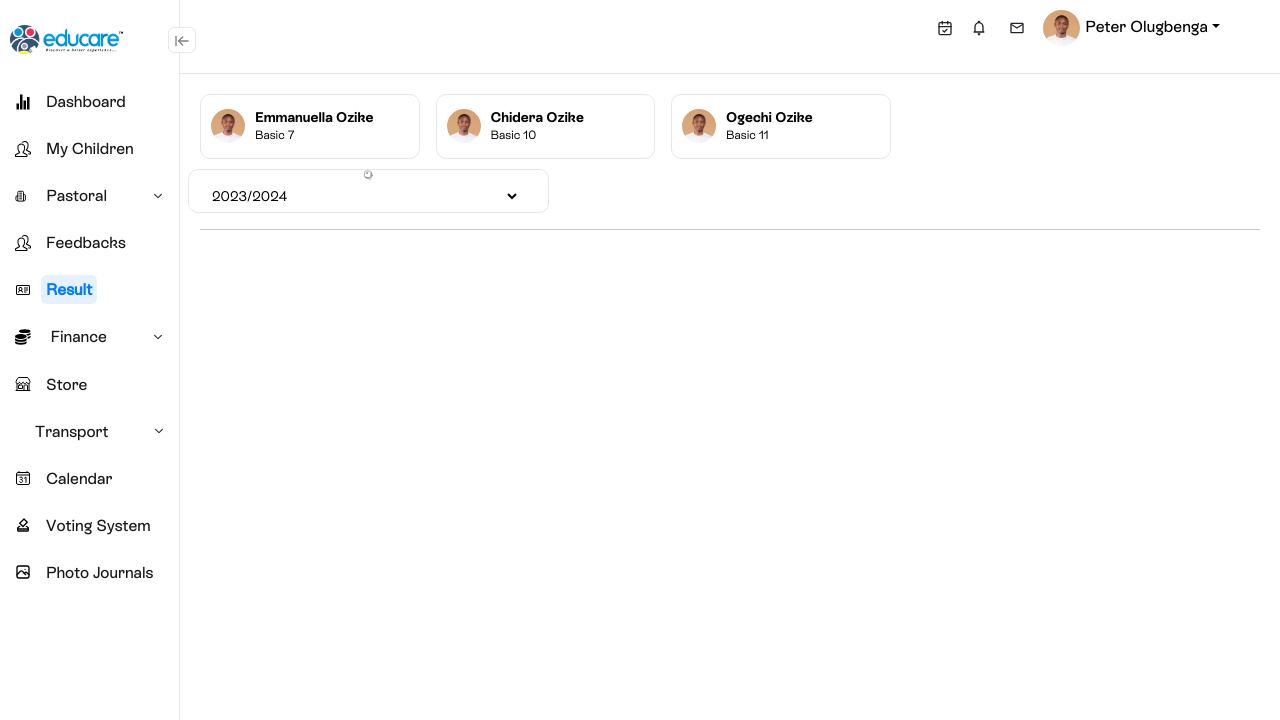
Repository: sarahnnanyelugo/educare-dashboards
Page: /result
The author's editor kept a copy of each file at every save. The page is drawn from the files as they stood at one save, then again after the next save.
The browser window is 1280 px wide. The pictures show the whole page.
The project was rebuilt for these pictures with package versions that can differ from the ones it lists, and the page was loaded fresh each time. Also part of the build but not shown: src/Dashboards/Parents/MainView/main-view.scss, src/components/News/news.scss, src/components/News/News.js, src/TestData/newsData.js, src/TestData/schEvents.js, src/components/ResultChart/ResultChart.js, src/components/Calender/calender.scss, src/components/Calender/Calender.js and 13 more.

Above is the page before, as saved 2024-10-16 11:50:01.

### src/App.js
import logo from "./logo.svg";
import "./App.scss";
import "bootstrap/dist/css/bootstrap.min.css";
import { BrowserRouter, Routes, Route, Link, Outlet } from "react-router-dom";
import { ParentsLayout } from "./Layouts/ParentsLayout";
import { MainNews } from "./pages/NewsPage/MainNews/MainNews";
import { NewsPage } from "./pages/NewsPage/NewsPage";
function App() {
  return (
    <>
      {" "}
      <Routes>
        <Route path="/*" element={<ParentsLayout />} />{" "}
        <Route path="news-page" element={<NewsPage />} />
        <Route path="main-news/:blog_id" element={<MainNews />} />
      </Routes>
    </>
  );
}

export default App;

### src/App.scss
.App-link {
  color: #61dafb;
}

@keyframes App-logo-spin {
  from {
    transform: rotate(0deg);
  }
  to {
    transform: rotate(360deg);
  }
}
@font-face {
  font-family: rebondG;
  src: url(./assets/fonts/Rebond_font/RebondG.otf);
}
@font-face {
  font-family: rebondG-Bold;
  src: url(./assets/fonts/Rebond_font/RebondG-Bold.otf);
}
@font-face {
  font-family: rebondG-Semi-Bold;
  src: url(./assets/fonts/Rebond_font/Rebond-semibold.otf);
}
@font-face {
  font-family: rebondG-Medium;
  src: url(./assets/fonts/Rebond_font/RebondGrotesqueMedium.otf);
}
@font-face {
  font-family: rebondBook;
  src: url(./assets/fonts/Rebond_font/RebondG-Book.ttf);
}
@font-face {
  font-family: rebondLight;
  src: url(./assets/fonts/Rebond_font/RebondGLight.otf);
}
@font-face {
  font-family: rebondMI;
  src: url(./assets/fonts/Rebond_font/RebondGrotesqueMediumitalic.otf);
}
p,
small,
link {
  font-family: rebondBook;
}
h1,
h2,
h3,
h4,
h5,
h6 {
  font-family: rebondG-Bold;
}
a {
  font-family: rebondG-Medium;
  text-decoration: none !important;
}
.card {
  border: 1px solid #e7e7e7 !important;
  border-radius: 10px !important;
}
select {
  border: none;
  background: #fff;
  padding: 7px;
  border-radius: 10px;
  width: 95%;
  font-size: 14px !important;
  font-family: rebondBook !important;
}

### src/Layouts/ParentsLayout.js
import React from "react";
import { Routes, Route, Navigate } from "react-router-dom";
import { TopNav } from "../components/TopNav/TopNav";
import { MainView } from "../Dashboards/Parents/MainView/MainView";
import { MyChildren } from "../Dashboards/Parents/MyChildren/MyChildren";
import { Result } from "../Dashboards/Parents/Result/Result";
import { SideNav } from "../Dashboards/SideNav/SideNav";
export const ParentsLayout = () => {
  return (
    <>
      <div className="d-md-flex">
        <div className="col-md-">
          <SideNav />
        </div>
        <div className="container-fluid" style={{ padding: "0px 0px" }}>
          <TopNav />
          <Routes>
            <Route path="/" element={<MainView />} />{" "}
            <Route path="/my-children" element={<MyChildren />} />{" "}
            <Route path="/result" element={<Result />} />{" "}
          </Routes>
        </div>
      </div>
    </>
  );
};

### src/components/TopNav/TopNav.js
import React from "react";
import "./top-nav.scss";
import { LuCalendarCheck } from "react-icons/lu";
import { CgBell } from "react-icons/cg";
import { MdOutlineEmail } from "react-icons/md";
import Container from "react-bootstrap/Container";
import Nav from "react-bootstrap/Nav";
import Navbar from "react-bootstrap/Navbar";
import Icon5 from "../../assets/images/peter.png";

import Dropdown from "react-bootstrap/Dropdown";

export const TopNav = () => {
  return (
    <div className="top-nav-container">
      <ul className="list-inline">
        <li className="list-inline-item">
          <LuCalendarCheck />
        </li>
        <li className="list-inline-item">
          <CgBell />
        </li>{" "}
        <li className="list-inline-item">
          <MdOutlineEmail />
        </li>
        <li className="list-inline-item">
          <div className="profile-drop">
            <Dropdown>
              <Dropdown.Toggle>
                <img src={Icon5} width="37px" />
                Peter Olugbenga
              </Dropdown.Toggle>

              <Dropdown.Menu>
                <Dropdown.Item href="/dashboard-selector">
                  My Roles
                </Dropdown.Item>
                <hr />
                <Dropdown.Item style={{ color: "#DE1E1E" }}>
                  Sign out
                </Dropdown.Item>
              </Dropdown.Menu>
            </Dropdown>
          </div>
        </li>
      </ul>
    </div>
  );
};

### src/Dashboards/Parents/Result/Result.js
import React, { useState } from "react";
import { Children } from "../MyChildren/Children";
import { children } from "../../../TestData/childrenData";
import Icon1 from "../../../assets/images/clipboard.svg";
import "./result.scss";
export const Result = () => {
  const [activeTab, setActiveTab] = useState(1); // Default to first tab

  const handleClick2 = (index) => {
    setActiveTab(index); // Set the active tab
  };
  const checkActive = (index, className) => {
    return activeTab === index ? className : "";
  };

  return (
    <div className="results-div">
      <div className="tabs col-md-8 row row-cols-1 row-cols-lg-3 g-2 g-lg-3">
        {children.map((data, index) => (
          <Children
            data={data}
            handleClick2={handleClick2}
            tabIndex={index + 1}
            key={index}
            isActive={activeTab === index + 1} // Set active based on activeTab state
            mode="tab" // This mode is for tab triggering
          />
        ))}
      </div>
      <div className="panels">
        <div className={`panel ${checkActive(1, "active2")}`}>
          <div className="row">
            <div className="card col-md-4">
              <img src={Icon1} height="10px" />
              <select>
                <option>2023/2024</option>
              </select>
            </div>
          </div>
        </div>
        <div className={`panel ${checkActive(2, "active2")}`}>2 </div>
        <div className={`panel ${checkActive(3, "active2")}`}> 3</div>
      </div>
      <hr />
    </div>
  );
};

### src/Dashboards/SideNav/SideNav.js
import React, { useState } from "react";
import { NavLink } from "react-router-dom";
import { FaLongArrowAltLeft } from "react-icons/fa";
import Head from "../../assets/images/logo-head.png";
import Write from "../../assets/images/logo-write.png";
import Accordion from "react-bootstrap/Accordion";
import { SidebarData } from "./SidebarData";
import { IoIosArrowDown } from "react-icons/io";
import { MdKeyboardArrowUp } from "react-icons/md";
import { LuArrowLeftToLine } from "react-icons/lu";

// Import the JSON file
import "./side-nav.scss";
// Import icons
import {
  IoStatsChartSharp,
  IoStorefrontOutline,
  IoCalendarNumberOutline,
} from "react-icons/io5";
import { SlPeople } from "react-icons/sl";
import { LuBuilding2 } from "react-icons/lu";
import { LiaIdCardSolid } from "react-icons/lia";
import { FaCoins } from "react-icons/fa";
import {
  MdOutlineEmojiTransportation,
  MdOutlineHowToVote,
} from "react-icons/md";
import { TbPhoto } from "react-icons/tb";

export const SideNav = () => {
  const [isCollapsed, setIsCollapsed] = useState(false);
  const [activeAccordion, setActiveAccordion] = useState(null);

  const handleAccordionToggle = (key) => {
    setActiveAccordion(activeAccordion === key ? null : key);
  };
  const toggleSidebar = () => {
    setIsCollapsed(!isCollapsed);
  };

  // Map icon names to the actual components
  const iconMap = {
    IoStatsChartSharp: IoStatsChartSharp,
    SlPeople: SlPeople,
    LuBuilding2: LuBuilding2,
    LiaIdCardSolid: LiaIdCardSolid,
    FaCoins: FaCoins,
    IoStorefrontOutline: IoStorefrontOutline,
    MdOutlineEmojiTransportation: MdOutlineEmojiTransportation,
    IoCalendarNumberOutline: IoCalendarNumberOutline,
    MdOutlineHowToVote: MdOutlineHowToVote,
    TbPhoto: TbPhoto,
  };

  return (
    <div
      style={{
        width: isCollapsed ? "70px" : "180px",
        transition: "width 0.3s ease",
        color: "#000",
        height: "100vh",
      }}
      className="side-nav-div"
    >
      <div className="nav-inner">
        <img
          src={Head}
          alt="logo"
          style={{
            width: isCollapsed ? "20px" : "30px",
            height: "auto",
            transition: "width 0.3s ease",
          }}
        />
        {!isCollapsed && (
          <span style={{ marginLeft: "0px" }}>
            <img
              src={Write}
              alt="logo"
              style={{
                width: "80px",
                height: "auto",
                marginLeft: "3px",
                transition: "width 0.3s ease",
              }}
            />
          </span>
        )}
        <button
          onClick={toggleSidebar}
          style={{
            marginLeft: isCollapsed ? "25px" : "45px",
            background: "#fff",
            border: "solid 1px #e7e7e7",
            color: "#fff",
            cursor: "pointer",
            padding: "0 5px",
            borderRadius: "6px",
            position: " relative",
            zIndex: 20,
          }}
        >
          <LuArrowLeftToLine style={{ color: "grey" }} />
        </button>
      </div>

      <ul style={{ listStyleType: "none", padding: "0", marginTop: "30px" }}>
        {SidebarData.map((item, index) => {
          const IconComponent = iconMap[item.icon]; // Dynamically select the icon

          return (
            <li
              key={index}
              style={{
                display: "flex",
                alignItems: "center",
              }}
            >
              <IconComponent /> {/* Render the icon */}
              {!isCollapsed && (
                <span style={{ marginLeft: "10px" }}>
                  {item.accordion ? (
                    <Accordion defaultActiveKey="">
                      <Accordion.Item eventKey={index.toString()}>
                        <Accordion.Header
                          onClick={() =>
                            handleAccordionToggle(index.toString())
                          }
                          style={{
                            display: "flex",
                            alignItems: "center",
                          }}
                        >
                          {item.icon && <item.icon />}
                          <span style={{ marginLeft: "0px" }}>
                            <NavLink>
                              {" "}
                              {!isCollapsed ? item.name : null}
                            </NavLink>
                          </span>
                          <span
                            style={{
                              marginLeft: "40px",
                              display: "flex",
                              alignItems: "center",
                            }}
                          >
                            {activeAccordion === index.toString() ? (
                              <MdKeyboardArrowUp style={{ fontSize: "12px" }} />
                            ) : (
                              <IoIosArrowDown style={{ fontSize: "12px" }} />
                            )}
                          </span>
                        </Accordion.Header>
                        <Accordion.Body>
                          <ol
                            style={{ paddingLeft: "0", listStyleType: "none" }}
                          >
                            {item.accordionContent.map((contentItem, idx) => (
                              <li key={idx} style={{ padding: "5px 0" }}>
                                <NavLink
                                  to={contentItem.url}
                                  className={({ isActive }) =>
                                    isActive ? "active-link" : ""
                                  }
                                >
                                  {contentItem.name}
                                </NavLink>
                              </li>
                            ))}
                          </ol>
                        </Accordion.Body>
                      </Accordion.Item>
                    </Accordion>
                  ) : (
                    <NavLink
                      to={item.url}
                      className={({ isActive }) =>
                        isActive ? "active-link" : ""
                      }
                    >
                      {item.name}
                    </NavLink>
                  )}
                </span>
              )}
            </li>
          );
        })}
      </ul>
    </div>
  );
};

### src/components/TopNav/top-nav.scss
.top-nav-container {
  height: 74px;
  border-bottom: solid 1px #e4e7ec;
  //   padding-top: 20px;
  padding-right: 50px;
  ul {
    float: right;
    li {
      margin: 10px;
    }
  }
  .profile-drop {
    .btn {
      padding: 0;
      background: #fff !important;
      border: none !important;
      color: #000;
      font-family: rebondG-Medium;
      font-size: 16px;
      img {
        border-radius: 100%;
        margin-right: 5px;
      }
    }
    .dropdown-menu {
      border: solid 1px #d0d5dd;
      font-family: montM;
      box-shadow: 0px 1px 3px #1018281a;
      border: 1px solid #e4e7ec;
      border-radius: 10px;
      min-height: 150px;
      width: 230px !important;
      padding: 20px 10px;
      font-size: 14px;
      a {
        padding: 10px;
      }
      hr {
        border: solid 1px #d0d5dd;
      }
    }
  }
}

### src/TestData/childrenData.js
import Img1 from "../assets/images/peter.png";
export const children = [
  {
    name: "Emmanuella Ozike",
    img: Img1,
    class: "Basic 7",
    id: 1,
  },
  {
    name: "Chidera Ozike",
    img: Img1,
    class: "Basic 10",
    id: 1,
  },
  {
    name: "Ogechi Ozike",
    img: Img1,
    class: "Basic 11",
    id: 1,
  },
];

export const child1 = {
  data: [
    {
      id: 1,
      day: "Monday",
      period1: "Account Credits",
      period2: "Account Credits",
      period3: "Account Credits",
      period4: "Account Credits",
      period5: "Account Credits",
      period6: "Account Credits",
      period7: "Account Credits",
      period8: "Account Credits",
      period9: "Account Credits",
    },
  ],
};
export const child2 = {
  data: [
    {
      id: 1,
      day: "Monday",
      period1: "English",
      period2: "Biology",
      period4: "Account Credits",
      period5: "Account Credits",
      period6: "Account Credits",
      period7: "Account Credits",
      period8: "Account Credits",
      period9: "Account Credits",
    },
  ],
};
export const child3 = {
  data: [
    {
      id: 1,
      day: "Monday",
      period1: " Credits",
      period2: " Credits",
      period3: "Account Credits",
      period4: "Account Credits",
      period5: "Account Credits",
      period6: "Account Credits",
      period7: "Account Credits",
      period8: "Account Credits",
      period9: "Credits",
    },
  ],
};

### src/Dashboards/Parents/MyChildren/Children.js
import React, { useState } from "react";
import { Link } from "react-router-dom";
import "./my-children.scss";
export const Children = ({
  data,
  handleClick2,
  tabIndex,
  isActive,
  mode,
  linkUrl,
}) => {
  const handleClick = () => {
    if (mode === "tab" && handleClick2) {
      handleClick2(tabIndex); // Trigger the tab change only in tab mode
    } else if (mode === "link" && linkUrl) {
      window.location.href = linkUrl; // Navigate to the link in link mode
    }
  };
  return (
    <>
      <div className="col">
        <div className={isActive && mode === "tab" ? "active-component" : ""}>
          {" "}
          <div className="d-flex children-div col-md-12" onClick={handleClick}>
            <div>
              {" "}
              <img src={data.img} width="34px" height="34px" />
            </div>
            <div>
              <h6>{data.name}</h6>
              <p>{data.class}</p>
            </div>
          </div>
        </div>
      </div>
    </>
  );
};

### src/Dashboards/Parents/MyChildren/my-children.scss
.my-children-view {
  padding: 0 10px;
  .tabs {
    display: flex;
    width: 100%;
    padding: 8px 13px;
    font-family: rebondG-Bold;
  }

  .active-component {
    font-weight: bold;
    background: #e6f7ff;
    color: #fff;
    border: solid 1px #0098da;
    height: 65px;
    border-radius: 10px;
  }

  .panel {
    display: none;
    // color: #161617;
    // font-family: rebondG;
    // line-height: 40px;
    // padding-top: 65px;
    // background: #fff;
  }

  .panel.active2 {
    display: block;
  }
}

.children-div {
  height: 65px;
  padding: 14px 10px;
  margin-bottom: 10px;
  color: #000;
  border: solid 1px #e7e7e7;
  border-radius: 10px;
  &:hover {
    background: #e7e7e7;
  }
  img {
    border-radius: 100%;
    margin-right: 10px;
  }
  h6 {
    margin-bottom: 0;
    font-size: 14px;
  }
  p {
    font-size: 12px;
  }
}
.attendance-summary {
  padding: 15px;
}
.attendance {
  height: 50px;
  border-radius: 10px;
  padding: 5px 10px;
  margin-bottom: 10px;
  img {
    border-radius: 100%;
    margin-right: 10px;
  }
}
.missed {
  border: solid 2px #ed2f59;
  background: #fcdce3;
  color: #ed2f59;
}
.late {
  border: solid 2px #ea8713;
  background: #fcebd7;
  color: #ea8713;
}
.present {
  border: solid 2px #11a377;
  background: #cdfaec;
  color: #11a377;
}
.activity-tab {
  padding: 10px;
  .tabs2 {
    border: solid 1px #e7e7e7;
    border-radius: 10px;
    padding: 0px 0px;
    margin-bottom: 15px;
    button {
      background: #fff;
      border: none;
      padding: 6px 20px;
      font-family: rebondG-Semi-Bold;
    }
  }
  .edge {
    border-top-left-radius: 10px;
    border-bottom-left-radius: 10px;
  }
  .edge2 {
    border-top-right-radius: 10px;
    border-bottom-right-radius: 10px;
  }
}
.active3 {
  background: #0098da !important;
  color: #fff;
}
.file-input {
  padding: 10px;
}
.documents {
  img {
    margin-right: 10px;
    margin-bottom: 20px;
  }
  p {
    margin-bottom: 0px;
  }
  small {
    font-size: 13px;
    color: grey;
  }
}

### src/Dashboards/Parents/Result/result.scss
.panel {
  display: none;
}

.panel.active2 {
  display: block;
}
.results-div {
  padding: 20px 20px;
}

### src/Dashboards/SideNav/SidebarData.js
import React from "react";
import * as FaIcons from "react-icons/fa";
import * as AiIcons from "react-icons/ai";
import * as IoIcons from "react-icons/io";

export const SidebarData = [
  {
    name: "Dashboard",
    icon: "IoStatsChartSharp",
    url: "/",
  },
  {
    name: "My Children",
    icon: "SlPeople",
    url: "/my-children",
  },
  {
    name: "Pastoral",
    icon: "LuBuilding2",
    url: "/pastoral",
    accordion: true,
    accordionContent: [
      { name: "Ministry", url: "/pastoral/ministry" },
      { name: "Sermons", url: "/pastoral/sermons" },
      { name: "Events", url: "/pastoral/events" },
    ],
  },
  {
    name: "Feedbacks",
    icon: "SlPeople",
    url: "/feedbacks",
  },
  {
    name: "Result",
    icon: "LiaIdCardSolid",
    url: "/result",
  },
  {
    name: "Finance",
    icon: "FaCoins",
    url: "/finance",
    accordion: true,
    accordionContent: [
      { name: "Donations", url: "/finance/donations" },
      { name: "Expenses", url: "/finance/expenses" },
      { name: "Reports", url: "/finance/reports" },
    ],
  },
  {
    name: "Store",
    icon: "IoStorefrontOutline",
    url: "/store",
  },
  {
    name: "Transport ",
    icon: "MdOutlineEmojiTransportation",
    url: "/transport",
    accordion: true,
    accordionContent: [
      { name: "Bus Routes", url: "/transport/routes" },
      { name: "Schedules", url: "/transport/schedules" },
      { name: "Ticketing", url: "/transport/ticketing" },
    ],
  },
  {
    name: "Calendar",
    icon: "IoCalendarNumberOutline",
    url: "/calendar",
  },
  {
    name: "Voting System",
    icon: "MdOutlineHowToVote",
    url: "/voting",
  },
  {
    name: "Photo Journals",
    icon: "TbPhoto",
    url: "/photo-journals",
  },
];

### src/Dashboards/SideNav/side-nav.scss
.side-nav-div {
  background: #fff;
  .nav-inner {
    padding: 25px 5px 5px 10px;
    display: flex;
    align-items: center;
  }
  border-right: 1px solid #e7e7e7;
  a {
    color: #191919;
    font-size: 16px;
    padding: 5px 5px 5px 5px;

    border-radius: 6px;
  }
  ul {
    // background: red;
    li {
      margin: 22px 15px !important;
      &:hover {
        background: #e7e7e7;
        border-radius: 6px;
      }
    }
  }
  .accordion-button {
    padding: 3px 0 3px 5px !important;
    margin-left: 0 !important;
    font-size: 16px;
    font-family: rebondG-Medium;
    font-weight: normal !important;
    &:hover {
      background: red;
    }
    // background: red !important;
  }
  .accordion-body {
    border-left: 1px solid #e7e7e7;
    margin-top: 20px;
  }
  .accordion-button:not(.collapsed) {
    border-bottom: 0 !important;
  }
  .accordion-button::after {
    display: none;
    // width: 10px;
    // height: 10px;
  }
  .accordion-item {
    border: none !important;
  }
  .active-link {
    color: #007bff; /* Change to your desired active link color */
    font-weight: bold; /* Optional: make the text bold */
    background-color: rgba(
      0,
      123,
      255,
      0.1
    ); /* Optional: add a background color */
  }
}

Loaded but not shown: public/index.html (common file); src/index.js (common file); src/index.css (common file); src/reportWebVitals.js (common file)

After the next save:
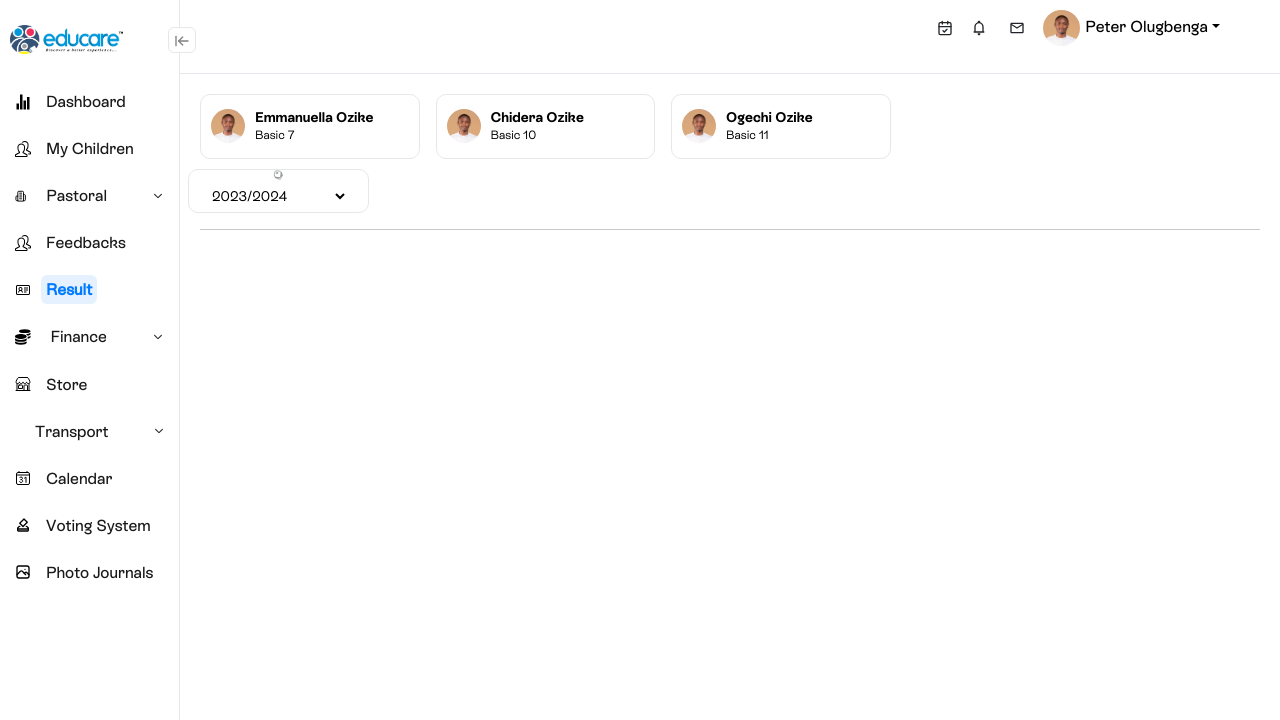
Saved 9 s later.
--- a/src/Dashboards/Parents/Result/Result.js
+++ b/src/Dashboards/Parents/Result/Result.js
@@ -30,7 +30,7 @@ export const Result = () => {
       <div className="panels">
         <div className={`panel ${checkActive(1, "active2")}`}>
           <div className="row">
-            <div className="card col-md-4">
+            <div className="card col-md-2">
               <img src={Icon1} height="10px" />
               <select>
                 <option>2023/2024</option>
